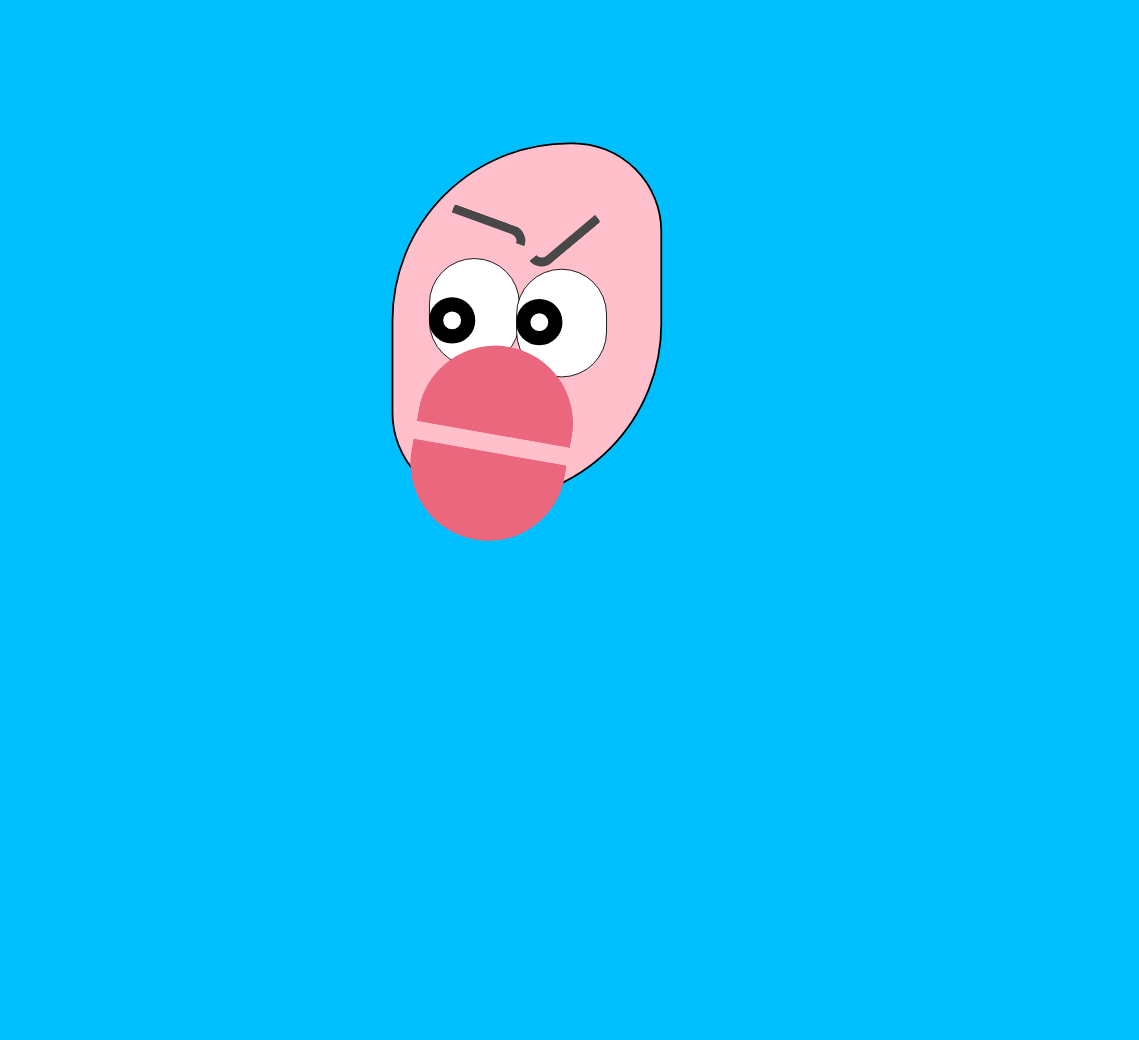
Repository: rodwestmoreland/1150
Page: cssCritter/index.html
These files come from the project's save history. The page is drawn as it stood at one moment and after the next save; the edit follows.
The browser window is 1280 px wide. The pictures show the whole page, at 89% of full size.

Above is the page before, as saved 2021-01-25 22:37:43.

### cssCritter/index.html
<!DOCTYPE html>
<html lang="en">
<head>
    <meta charset="UTF-8">
    <meta name="viewport" content="width=device-width, initial-scale=1.0">
    <link rel="stylesheet" href="style.css">
    <title>Welcome to SD 761</title>
</head>
<body>
    <div class="wrapper">
        <div class="object">
            <div class="face"></div>

            <div class="left-eyebrow"></div>
            <div class="right-eyebrow"></div>

          <div class="left-eye"></div>

          <div class="right-eye"></div>


          <div class="left-pupil"></div>

          <div class="right-pupil"></div>
          <div class="mouth"></div>

      </div>

</body>
</html>

### cssCritter/style.css
body{
    background-color: deepskyblue;
}
.wrapper{
    position: absolute;
     top: 50%;
   margin-top:-200px;
     left: 50%;
   margin: -200px 0 0 -200px;
 }

 .face{
   width: 300px;
   height: 400px;
   border: solid 2px #000;
   background-color: pink;
   border-radius: 200px 100px;
 }

 .left-eye{
   width: 100px;
   height: 120px;
   border: solid 1px #000;
   background-color: #fff;
   border-radius: 90px;
   position: relative;
    left: 42px;
    top: -310px;
 }
 .left-pupil{
    width: 20px;
    height: 20px;
    border: solid 16px #000;
    background-color: #fff;
    border-radius: 40px;
    position: relative;
    left: 42px;
    top: -510px;
  }
 .right-eye{
    width: 100px;
    height: 120px;
    border: solid 1px #000;
    background-color: #fff;
    border-radius: 90px;
    position: relative;
    left: 140px;
    top: -420px;
  }
  .right-pupil{
    width: 20px;
    height: 20px;
    border: solid 16px #000;
    background-color: #fff;
    border-radius: 40px;
    position: relative;
    left: 140px;
    top: -560px;
  }




  .right-eyebrow{
    width: 80px;
    height: 8px;
    border-bottom-right-radius:100px;
    border-bottom-left-radius: 500px;
    border: 10px solid #484848;
    border-top: 0;
    border-right: 0;
    position: relative;
    left: 150px;
    top: -320px;
    transform: rotate(-40deg);
  }
  .left-eyebrow{
    width: 80px;
    height: 8px;
    border-bottom-right-radius:100px;
    border-bottom-left-radius: 500px;
    border: 10px solid #484848;
    border-top: 0;
    border-right: 0;
    position: relative;
    left: 65px;
    top: -320px;
    transform: rotate(-160deg);

  }

 .mouth{
    border-top: none;

    border-top: 100px solid rgb(235, 103, 125);
    -webkit-border-radius: 50px;

    border-bottom: 100px solid rgb(235, 103, 125);
    -webkit-border-radius: 100px;
    border-radius: 100px;
    height: 20px;
    width: 175px;
    position: relative;
    left: 25px;
    top: -560px;
    transform: rotate(10deg);
 }

After the next save:
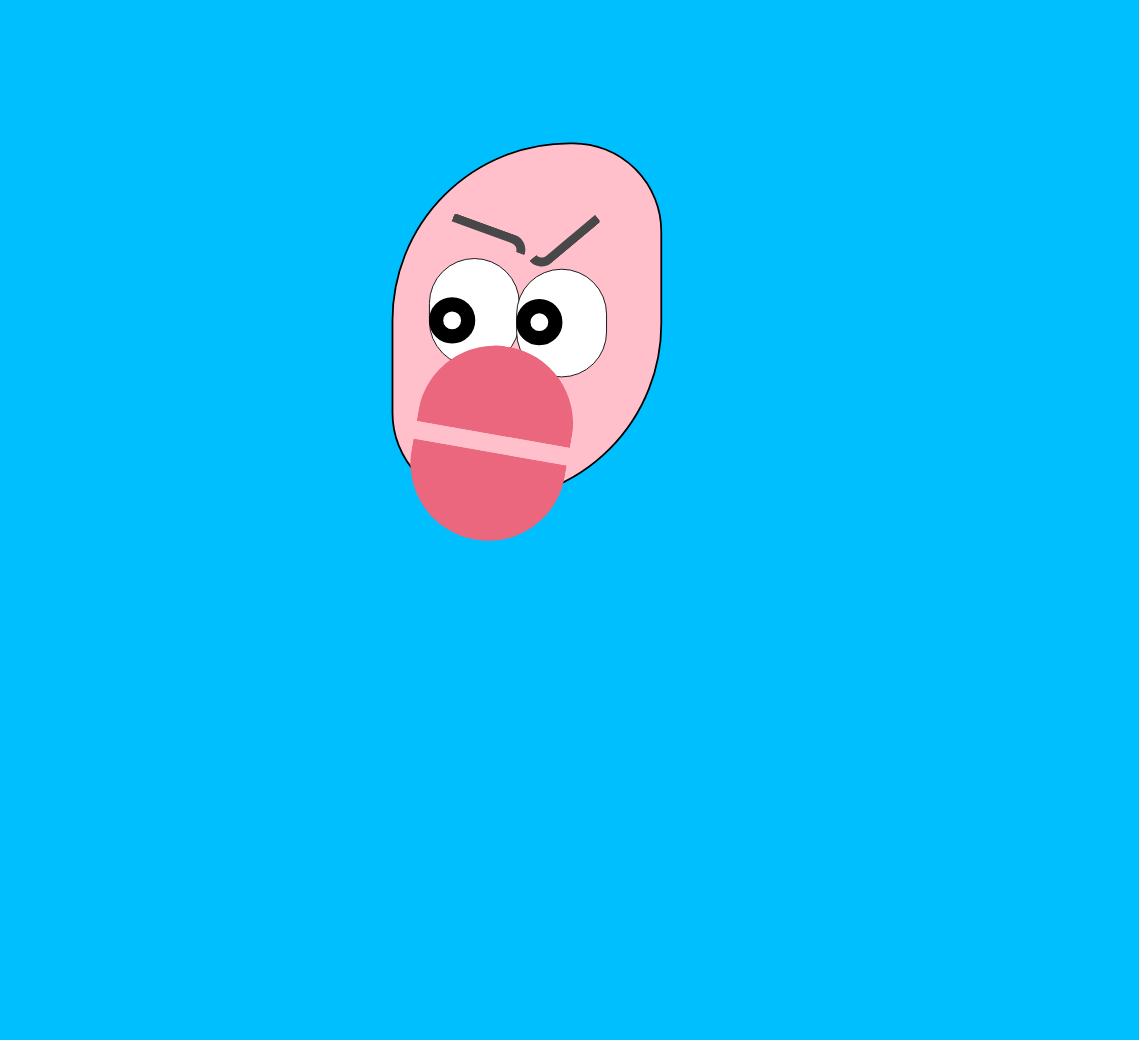
Saved 21 s later.
--- a/cssCritter/style.css
+++ b/cssCritter/style.css
@@ -84,7 +84,7 @@ body{
     border-right: 0;
     position: relative;
     left: 65px;
-    top: -320px;
+    top: -310px;
     transform: rotate(-160deg);
 
   }
